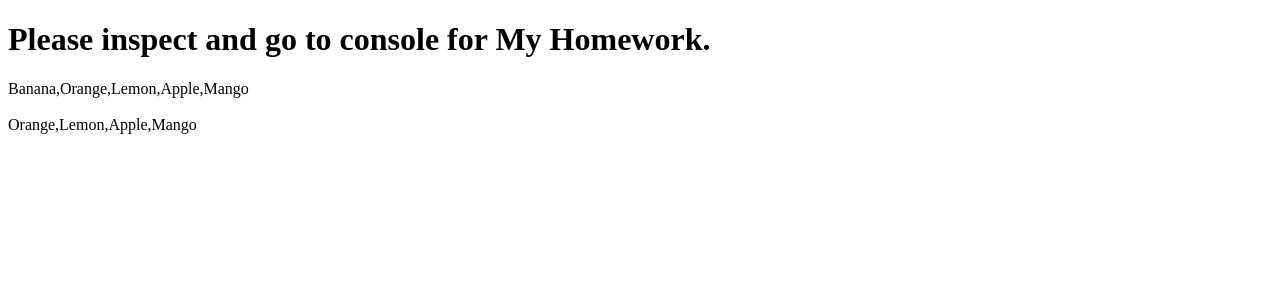
Repository: brightwhitesnow/brightwhitesnow.github.io
Page: Weba/lesson2/homeworkfiles/index.html
An editor plug-in stored every save of this project. The page is shown before and after a run of saves, followed by the edit.
The browser window is 1280 px wide. The pictures show the whole page.

Above is the page before, as saved 2021-04-18 10:22:30.

### Weba/lesson2/homeworkfiles/index.html
<!DOCTYPE html>
<html lang="en">
<head>
    <meta charset="UTF-8">
    <meta http-equiv="X-UA-Compatible" content="IE=edge">
    <meta name="viewport" content="width=device-width, initial-scale=1.0">
    <title>Document</title>
</head>
<body>

<h1>Please inspect and go to console for My Homework.</h1>

<p id="demo"></p>

<script src="./script.js"></script>
</body>
</html>

### Weba/lesson2/homeworkfiles/script.js
console.log('Bài 1')

for (let b = 0; b <= 100; b = b + 7) {
    console.log(b)
}

console.log('Bài 2')

let i = 1;
let j = 1;
if (i === 1) {
    console.log('Monday')
    i++
}
if (j === 1) {
    console.log('Brush My Teeth')
    console.log('Eat')
    console.log('Go to School')
    j++
}
if (i === 2) {
    console.log('Tuesday')
    i++
}
if (j === 2) {
    console.log('Brush My Teeth')
    console.log('Eat')
    console.log('Go to School')
    j++
}
if (i === 3) {
    console.log('Wednesday')
    i++
}
if (j === 3) {
    console.log('Brush My Teeth')
    console.log('Eat')
    console.log('Go to School')
    j++
}
if (i === 4) {
    console.log('Thursday')
    i++
}
if (j === 4) {
    console.log('Brush My Teeth')
    console.log('Eat')
    console.log('Go to School')
    j++
}
if (i === 5) {
    console.log('Friday')
    i++
}
if (j === 5) {
    console.log('Brush My Teeth')
    console.log('Eat')
    console.log('Go to School')
    j++
}

console.log('Bài 3')

for (let z = 50; z <= 70; z++) {
    console.log('Hello Duong ' + z)
}

console.log('Bai 2 Again')

let bai2 = (thu, name) => {
    console.log(thu)
    console.log('Wake Up!')
    console.log('Brush My teeth')
    console.log(name + ', Eat')
}
bai2('Monday', 'Ben')
bai2('Tuesday', 'Ben')
bai2('Wednesday', 'Ben')
bai2('Thursday', 'Ben')
bai2('Friday', 'Ben')













let z = 7
let y = 5


if (y == 0) {
    console.log('Error')
}

if (z == 0) {
    console.log('Error')
}


console.log('Addition')

let a = (y, z) => {
    console.log(y + z)
}

console.log('Multiplication')

let m = (y, z) => {
    console.log(y * z)
}

console.log('Subtraction')

let s = (y, z) => {
    console.log(y - z)
}

console.log('Division')

let d = (y, z) => {
    console.log(y / z)
}





//var arr1 = ["Banana", "Apple", "Orange", "Tangerine", "Plum", "Grapefruit", "Mango"];
//arr1.slice(0)
//var myChildren = arr1.concat("Peach");
//document.getElementById("demo").innerHTML = arr1;

var fruits = ["Banana", "Orange", "Lemon", "Apple", "Mango"];
var citrus = fruits.slice(1);
document.getElementById("demo").innerHTML = fruits + "<br><br>" + citrus;

After the next 4 saves:
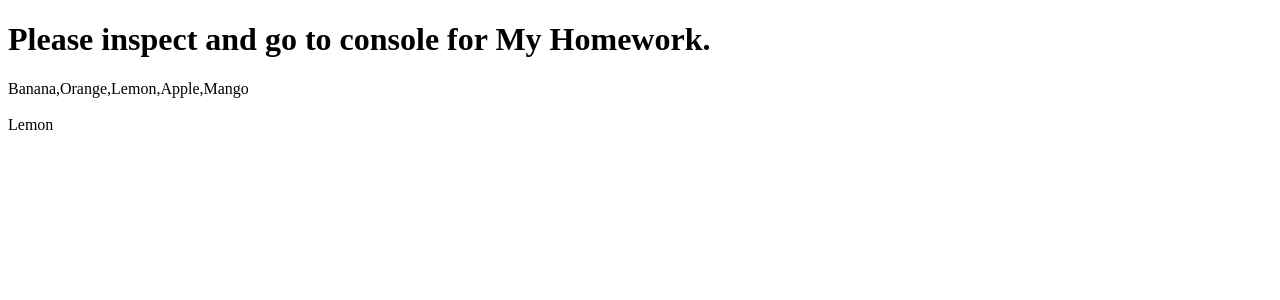
The 4 saves are shown as one change because they came seconds apart.
The last was saved 8 s later.
--- a/Weba/lesson2/homeworkfiles/script.js
+++ b/Weba/lesson2/homeworkfiles/script.js
@@ -138,5 +138,5 @@ let d = (y, z) => {
 //document.getElementById("demo").innerHTML = arr1;
 
 var fruits = ["Banana", "Orange", "Lemon", "Apple", "Mango"];
-var citrus = fruits.slice(1);
+var citrus = fruits.slice(2,3,);
 document.getElementById("demo").innerHTML = fruits + "<br><br>" + citrus;
